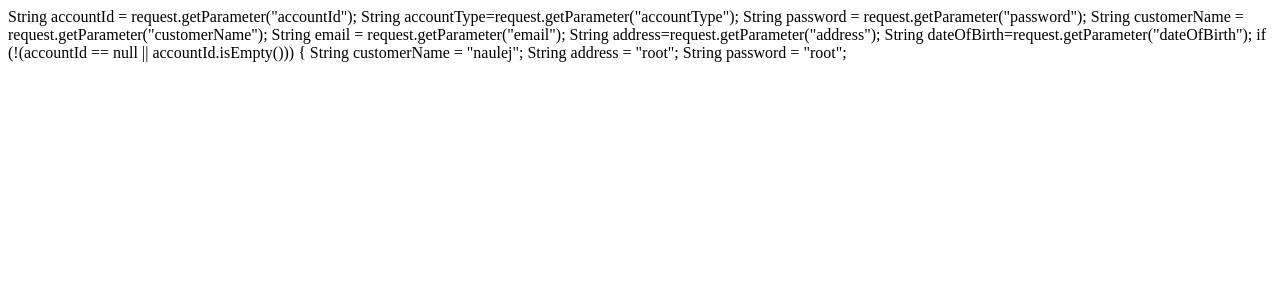
Repository: laikrish/day10
Page: http://localhost/BankApp/database.jsp
An editor plug-in stored every save of this project. The page is shown before and after the next save, followed by the edit.
The browser window is 1280 px wide. The pictures show the whole page.
The page is served by Tomcat 9. Other server files are loaded and not shown.

Above is the page before, as saved 2018-09-12 10:14:15.

### BankApp/WebContent/database.jsp
<%@ page language="java" contentType="text/html; charset=ISO-8859-1"
    pageEncoding="ISO-8859-1"%>
<!DOCTYPE html>
<html>
<head>
<meta charset="ISO-8859-1">
<title>Insert title here</title>
</head>
<body>


String accountId = request.getParameter("accountId");
String accountType=request.getParameter("accountType");
String password = request.getParameter("password");
String customerName = request.getParameter("customerName");
String email = request.getParameter("email");
String address=request.getParameter("address");
String dateOfBirth=request.getParameter("dateOfBirth");
if (!(accountId == null || accountId.isEmpty())) {


String customerName = "naulej";
String address = "root";
String password = "root";

After the next save:
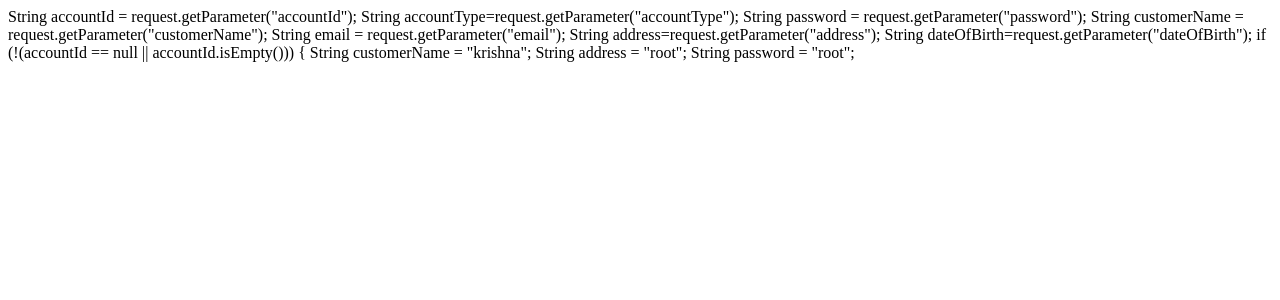
Saved 2 min 0 s later.
--- a/BankApp/WebContent/database.jsp
+++ b/BankApp/WebContent/database.jsp
@@ -19,6 +19,6 @@ String dateOfBirth=request.getParameter("dateOfBirth");
 if (!(accountId == null || accountId.isEmpty())) {
 
 
-String customerName = "naulej";
+String customerName = "krishna";
 String address = "root";
 String password = "root";
